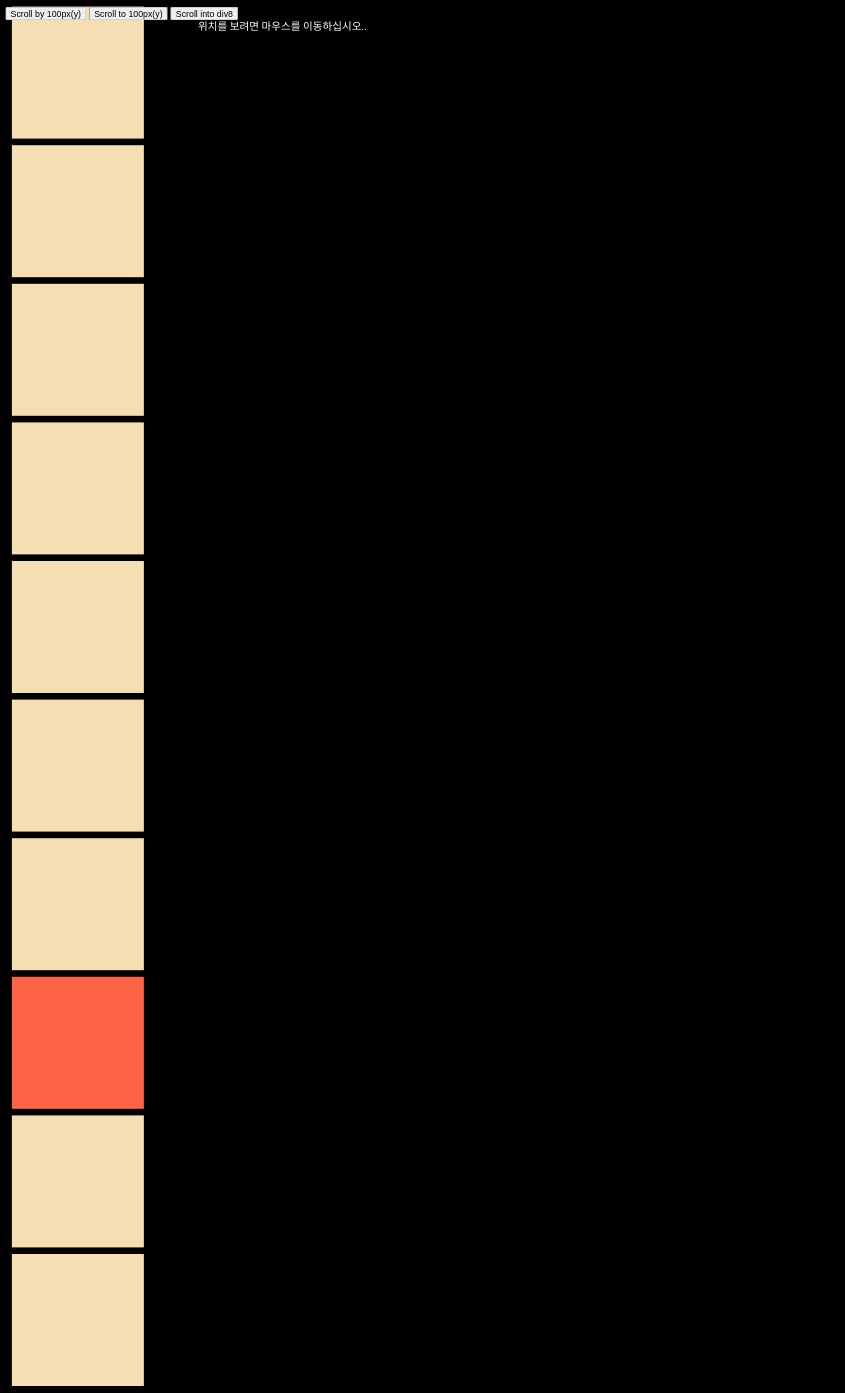
Repository: GoodHoneyCake/Dream_Coding_Academy5
Page: browser/chap1/window_coordinate.html
The author's editor kept a copy of each file at every save. The page is drawn from the files as they stood at one save, then again after the next save.
The browser window is 1280 px wide. The pictures show the whole page, at 66% of full size.

Above is the page before, as saved 2021-01-28 13:53:42.

### browser/chap1/window_coordinate.html
<!DOCTYPE html>
<html lang="en">
  <head>
    <meta charset="UTF-8" />
    <meta name="viewport" content="width=device-width, initial-scale=1.0" />
    <title>Document</title>
  </head>
  <style>
    body {
      background-color: black;
      color: white;
    }
    section {
      position: fixed;
    }

    p {
      position: fixed;
      left: 300px;
    }
    div {
      background-color: wheat;
      width: 200px;
      height: 200px;
      margin: 10px;
    }
    .div8 {
      background-color: tomato;
    }
  </style>
  <body>
    <section>
      <button>Scroll by 100px(y)</button>
      <button>Scroll to 100px(y)</button>
      <button>Scroll into div8</button>
    </section>
    <p>위치를 보려면 마우스를 이동하십시오..</p>
    <p id="screen-log"></p>
    <div></div>
    <div></div>
    <div></div>
    <div></div>
    <div></div>
    <div></div>
    <div></div>
    <div class="div8"></div>
    <div></div>
    <div></div>
  </body>
  <script>
    let screenLog = document.querySelector("#screen-log");

    const div8 = document.querySelector(".div8");
    const rect = div8.getBoundingClientRect();
    div8.addEventListener("click", () => {
      console.log(rect);
    });

    document.addEventListener("mousemove", logKey);

    function logKey(e) {
      screenLog.innerText = `
    Page X/Y: ${e.pageX}, ${e.pageY}
    Client X/Y: ${e.clientX}, ${e.clientY}`;
    }
  </script>
</html>

After the next save:
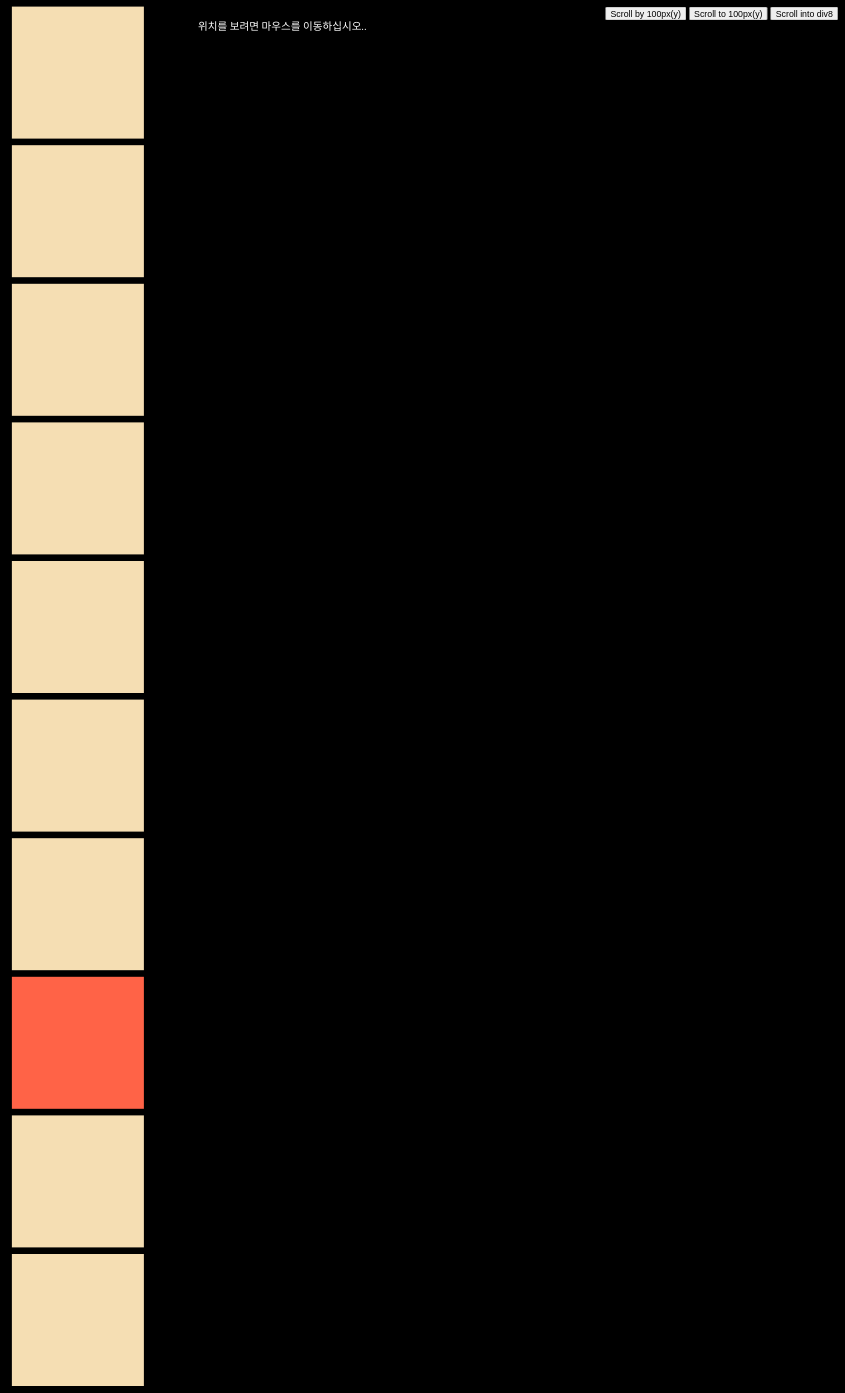
Saved 9 s later.
--- a/browser/chap1/window_coordinate.html
+++ b/browser/chap1/window_coordinate.html
@@ -12,6 +12,7 @@
     }
     section {
       position: fixed;
+      right: 10px;
     }
 
     p {
